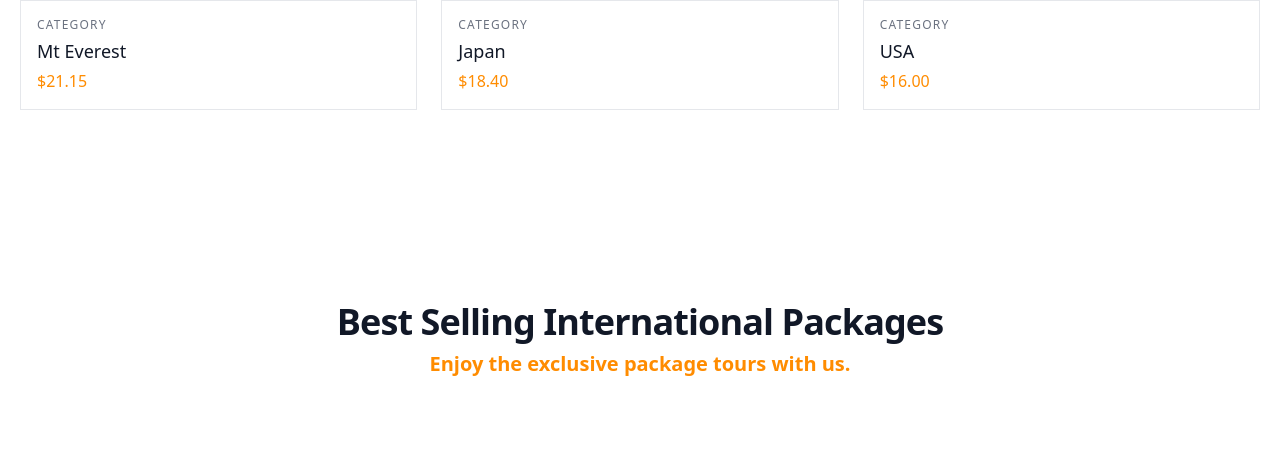
Repository: prabeshsitaula07/greatnepalholidays
Page: / (app in frontend/)
An editor plug-in stored every save of this project. The page is shown before and after the next save, followed by the edit.
The browser window is 1280 px wide. The pictures show the part of the page from y = 1898 to 2372 px (the page is 7409 px tall).
Pictures or frames that could not be fetched are drawn as grey boxes. Some web fonts or font styles are not loaded; a fallback is used. The project was rebuilt for these pictures with package versions that can differ from the ones it lists, and the page was loaded fresh each time. Also part of the build but not shown: frontend/vite.config.ts. Imported but missing from the stored project, and not drawn on this page: frontend/src/assets/bgvideo.mp4.

Above is the page before, as saved 2024-11-23 11:15:37.

### frontend/index.html
<!doctype html>
<html lang="en">
  <head>
    <meta charset="UTF-8" />
    <link rel="icon" type="image/svg+xml" href="/icon.png" />
    <meta name="viewport" content="width=device-width, initial-scale=1.0" />
    <title>Vite + React + TS</title>
  </head>
  <body>
    <div id="root"></div>
    <script type="module" src="/src/main.tsx"></script>
  </body>
</html>

### frontend/src/index.css
@import url('https://fonts.googleapis.com/css2?family=Arima:wght@100..700&family=Parkinsans:wght@300..800&display=swap');

@tailwind base;
@tailwind components;
@tailwind utilities;

### frontend/src/App.tsx
import { BrowserRouter as Router, Routes, Route } from 'react-router-dom';
import Navbar from "./components/Navbar/Navbar";
import Home from "./components/Home/Home";
// import About from "./components/About/About"; // Example of another page
import Footer from "./components/Footer/Footer"; // Assuming you have a Footer component

export default function App() {
  return (
    <Router>
      <Navbar />  {/* Navbar is always visible */}
      <Routes>
        <Route path="/" element={<Home />} />
      </Routes>
      <Footer />
    </Router>
  );
}

### frontend/src/components/Navbar/Navbar.tsx
import { Link } from 'react-router-dom';
import { useState, useEffect } from 'react';
import { FaPhone, FaEnvelope } from 'react-icons/fa';
import logo1 from '../../assets/logo1.png';
import logo2 from '../../assets/logo2.png';

export default function Navbar() {
    const [isScrolled, setIsScrolled] = useState(false);

    // Detect scroll and update navbar background and position
    useEffect(() => {
        const handleScroll = () => {
            if (window.scrollY > 50) {
                setIsScrolled(true);  // Fix the navbar to the top when scrolled past 50px
            } else {
                setIsScrolled(false); // Keep the navbar in normal flow when at the top
            }
        };

        window.addEventListener('scroll', handleScroll);

        // Clean up the event listener on component unmount
        return () => {
            window.removeEventListener('scroll', handleScroll);
        };
    }, []);

    return (
        <>
            <div className='w-full bg-darktheme flex gap-10 px-10 py-2'>
                <span className='text-white flex items-center'>
                    <FaPhone className="mr-2" /> 0988848484
                </span>
                <span className='text-white flex items-center'>
                    <FaEnvelope className="mr-2" /> xyz@gmail.com
                </span>
            </div>

            <header
                className={`text-black body-font w-full z-20 transition-all duration-300 ${isScrolled ? 'fixed top-0 bg-white shadow-md' : 'bg-[#2f3c5ae8] text-white'}`}
            >

                <div className="container mx-auto flex flex-wrap p-5 flex-col md:flex-row items-center">
                    <div className="flex title-font font-medium items-center mb-4 md:mb-0 gap-10">
                        <Link to='/'>
                            <img src={logo1} alt="" className='h-14 w-auto' />
                        </Link>
                        <Link to='/'>
                            <img src={logo2} alt="" className='h-14 w-auto' />
                        </Link>
                    </div>
                    <nav className="md:ml-auto flex flex-wrap items-center justify-center text-lg">
                        <Link to='' className="mr-5 hover:text-orange">Home</Link>
                        <Link to='' className="mr-5 hover:text-orange">About Us</Link>
                        <Link to='' className="mr-5 hover:text-orange">Services</Link>
                        <Link to='' className="mr-5 hover:text-orange">Packages</Link>
                        <Link to='' className="mr-5 hover:text-orange">Activities</Link>
                        <Link to='' className="mr-5 hover:text-orange">Blogs</Link>
                    </nav>
                    <button className="inline-flex items-center text-primary bg-darkorange border border-darkorange py-1 px-3 focus:outline-none hover:bg-primary text-lg hover:text-darkorange rounded mt-4 md:mt-0">
                        Download Visa CheckList
                    </button>
                </div>
            </header>
        </>
    );
}

### frontend/src/components/Home/Home.tsx
import bgvideo from '../../assets/bgvideo.mp4';
import Contact from "../Contact/Contact";
import Gallery from "../AboutUs/Gallery";
import InternationalPackage from "../Package/InternationalPackage";
import NepalPackage from "../Package/NepalPackage";
import TripHandling from '../Services/TripHandling';
import Team from "../Team/Team";
import Testimonial from "../Testimonial/Testimonial";

export default function Home() {
  return (
    <>
      <div className="relative w-full h-screen">
      {/* Video Background */}
      <video
        autoPlay
        loop
        muted
        className="absolute inset-0 w-full h-full object-cover"
      >
        <source
          src={bgvideo}
          type="video/mp4"
        />
        Your browser does not support the video tag.
      </video>

      {/* Dark Overlay */}
      <div
        className="absolute inset-0 bg-black opacity-50"
        style={{ backgroundColor: 'rgba(0, 0, 0, 0.5)' }} // Adjust opacity for darkness
      ></div>

      {/* Content over the video */}
      <div className="relative z-10 flex items-center justify-center w-full h-full">
        <h1 className="text-white text-6xl font-bold">Welcome to My Website</h1>
      </div>
    </div>
      <NepalPackage />
      <InternationalPackage />
      <TripHandling />
      <Testimonial />
      <Contact />
      <Team />
      <Gallery />

    </>
  )
}

### frontend/src/components/Contact/Contact.tsx
export default function Contact() {
    return (
        <>
            <section className="text-gray-600 body-font relative">
            <h2 className="mt-10 text-4xl tracking-tight font-extrabold text-gray-900 dark:text-black text-center">Contact Us</h2>
                <div className="container px-5 py-10 mx-auto flex sm:flex-nowrap flex-wrap">
                    <div className="lg:w-2/3 md:w-1/2 bg-gray-300 rounded-lg overflow-hidden sm:mr-10 p-10 flex items-end justify-start relative">
                        <iframe
                            width="100%"
                            height="100%"
                            className="absolute inset-0"
                            title="map"
                            src="https://www.google.com/maps/embed?pb=!1m18!1m12!1m3!1d3531.628177055184!2d85.32309027492384!3d27.72876432454742!2m3!1f0!2f0!3f0!3m2!1i1024!2i768!4f13.1!3m3!1m2!1s0x39eb193e98fea663%3A0x6a69a4b662ec372!2sGREAT%20NEPAL%20HOLIDAYS%20P.LTD!5e0!3m2!1sen!2snp!4v1732272072112!5m2!1sen!2snp"
                            style={{ filter: 'grayscale(1) contrast(1.2) opacity(0.4)' }}
                        ></iframe>
                        <div className="bg-white relative flex flex-wrap py-6 rounded shadow-md">
                            <div className="lg:w-1/2 px-6">
                                <h2 className="title-font font-semibold text-gray-900 tracking-widest text-xs">ADDRESS</h2>
                                <p className="mt-1">Photo booth tattooed prism, portland taiyaki hoodie neutra typewriter</p>
                            </div>
                            <div className="lg:w-1/2 px-6 mt-4 lg:mt-0">
                                <h2 className="title-font font-semibold text-gray-900 tracking-widest text-xs">EMAIL</h2>
                                <a className="text-indigo-500 leading-relaxed">example@email.com</a>
                                <h2 className="title-font font-semibold text-gray-900 tracking-widest text-xs mt-4">PHONE</h2>
                                <p className="leading-relaxed">123-456-7890</p>
                            </div>
                        </div>
                    </div>
                    <div className="lg:w-1/3 md:w-1/2 bg-white flex flex-col md:ml-auto w-full md:py-8 mt-8 md:mt-0">
                        <h2 className="text-gray-900 text-lg mb-1 font-medium title-font">Feedback</h2>
                        <p className="leading-relaxed mb-5 text-gray-600">Post-ironic portland shabby chic echo park, banjo fashion axe</p>
                        <div className="relative mb-4">
                            <label htmlFor="name" className="leading-7 text-sm text-gray-600">Name</label>
                            <input type="text" id="name" name="name" className="w-full bg-white rounded border border-gray-300 focus:border-darkorange focus:ring-2 focus:ring-darkorange text-base outline-none text-gray-700 py-1 px-3 leading-8 transition-colors duration-200 ease-in-out" />
                        </div>
                        <div className="relative mb-4">
                            <label htmlFor="email" className="leading-7 text-sm text-gray-600">Email</label>
                            <input type="email" id="email" name="email" className="w-full bg-white rounded border border-gray-300 focus:border-darkorange focus:ring-2 focus:ring-darkorange text-base outline-none text-gray-700 py-1 px-3 leading-8 transition-colors duration-200 ease-in-out" />
                        </div>
                        <div className="relative mb-4">
                            <label htmlFor="message" className="leading-7 text-sm text-gray-600">Message</label>
                            <textarea id="message" name="message" className="w-full bg-white rounded border border-gray-300 focus:border-darkorange focus:ring-2 focus:ring-darkorange h-32 text-base outline-none text-gray-700 py-1 px-3 resize-none leading-6 transition-colors duration-200 ease-in-out"></textarea>
                        </div>
                        <button className="bg-darkorange border border-darkorange text-primary py-2 px-6 focus:outline-none hover:text-darkorange hover:bg-primary rounded text-lg">Send</button>
                        <p className="text-xs text-gray-500 mt-3">Chicharrones blog helvetica normcore iceland tousled brook viral artisan.</p>
                    </div>
                </div>
            </section>
        </>
    )
}

### frontend/src/components/AboutUs/Gallery.tsx
export default function Gallery() {
  return (
 <>
 <section className="text-gray-600 body-font">
 <h2 className="mt-10 text-4xl tracking-tight font-extrabold text-gray-900 dark:text-black text-center">Gallery</h2>
  <div className="container px-5 py-24 mx-auto flex flex-wrap">
    <div className="flex w-full mb-20 flex-wrap">
      <h1 className="sm:text-3xl text-2xl font-medium title-font text-gray-900 lg:w-1/3 lg:mb-0 mb-4">Master Cleanse Reliac Heirloom</h1>
      <p className="lg:pl-6 lg:w-2/3 mx-auto leading-relaxed text-base">Whatever cardigan tote bag tumblr hexagon brooklyn asymmetrical gentrify, subway tile poke farm-to-table. Franzen you probably haven't heard of them man bun deep jianbing selfies heirloom.</p>
    </div>
    <div className="flex flex-wrap md:-m-2 -m-1">
      <div className="flex flex-wrap w-1/2">
        <div className="md:p-2 p-1 w-1/2">
          <img alt="gallery" className="w-full object-cover h-full object-center block" src="https://dummyimage.com/500x300" />
        </div>
        <div className="md:p-2 p-1 w-1/2">
          <img alt="gallery" className="w-full object-cover h-full object-center block" src="https://dummyimage.com/501x301" />
        </div>
        <div className="md:p-2 p-1 w-full">
          <img alt="gallery" className="w-full h-full object-cover object-center block" src="https://dummyimage.com/600x360" />
        </div>
      </div>
      <div className="flex flex-wrap w-1/2">
        <div className="md:p-2 p-1 w-full">
          <img alt="gallery" className="w-full h-full object-cover object-center block" src="https://dummyimage.com/601x361" />
        </div>
        <div className="md:p-2 p-1 w-1/2">
          <img alt="gallery" className="w-full object-cover h-full object-center block" src="https://dummyimage.com/502x302" />
        </div>
        <div className="md:p-2 p-1 w-1/2">
          <img alt="gallery" className="w-full object-cover h-full object-center block" src="https://dummyimage.com/503x303" />
        </div>
      </div>
    </div>
  </div>
</section>
 </>
  )
}

### frontend/src/components/Package/InternationalPackage.tsx
export default function InternationalPackage() {
  const packages = [
    { imgSrc: "https://cdn.pixabay.com/photo/2015/10/06/18/26/eiffel-tower-975004_1280.jpg", category: "CATEGORY", title: "Paris", price: "$16.00" },
    { imgSrc: "https://cdn.pixabay.com/photo/2019/04/09/05/36/england-4113666_1280.jpg", category: "CATEGORY", title: "England", price: "$21.15" },
    { imgSrc: "https://cdn.pixabay.com/photo/2023/11/16/05/02/mountains-8391433_640.jpg", category: "CATEGORY", title: "Switzerland", price: "$12.00" },
    { imgSrc: "https://cdn.pixabay.com/photo/2020/06/13/17/58/mount-everest-5295184_640.jpg", category: "CATEGORY", title: "Mt Everest", price: "$21.15" },
    { imgSrc: "https://cdn.pixabay.com/photo/2020/08/10/01/28/castle-5476737_640.jpg", category: "CATEGORY", title: "Japan", price: "$18.40" },
    { imgSrc: "https://cdn.pixabay.com/photo/2023/10/18/00/59/mountain-8322610_640.jpg", category: "CATEGORY", title: "USA", price: "$16.00" },
  ];

  return (
    <section className="text-gray-600 body-font">
      <h2 className="mt-24 text-4xl tracking-tight font-extrabold text-gray-900 dark:text-black text-center">
        Best Selling International Packages
      </h2>
      <h4 className="text-center text-xl text-darkorange font-semibold mt-2">
        Enjoy the exclusive package tours with us.
      </h4>
      <div className="container px-5 py-24 mx-auto">
        <div className="grid gap-6 sm:grid-cols-1 md:grid-cols-2 lg:grid-cols-3">
          {packages.map((pkg, index) => (
            <div
              key={index}
              className="hover:cursor-pointer transform transition duration-300 ease-in-out hover:scale-105 hover:shadow-lg"
            >
              <a className="block relative h-80 overflow-hidden">
                <img
                  alt={pkg.title}
                  className="object-cover object-center w-full h-full block"
                  src={pkg.imgSrc}
                />
              </a>
              <div className="p-4 border">
                <h3 className="text-gray-500 text-xs tracking-widest title-font mb-1">
                  {pkg.category}
                </h3>
                <h2 className="text-gray-900 title-font text-lg font-medium">
                  {pkg.title}
                </h2>
                <p className="mt-1 text-darkorange">{pkg.price}</p>
              </div>
            </div>
          ))}
        </div>
      </div>
    </section>
  );
}

### frontend/src/components/Package/NepalPackage.tsx
export default function NepalPackage() {
  const packages = [
    { imgSrc: "https://cdn.pixabay.com/photo/2015/10/06/18/26/eiffel-tower-975004_1280.jpg", category: "CATEGORY", title: "Paris", price: "$16.00" },
    { imgSrc: "https://cdn.pixabay.com/photo/2019/04/09/05/36/england-4113666_1280.jpg", category: "CATEGORY", title: "England", price: "$21.15" },
    { imgSrc: "https://cdn.pixabay.com/photo/2023/11/16/05/02/mountains-8391433_640.jpg", category: "CATEGORY", title: "Switzerland", price: "$12.00" },
    { imgSrc: "https://cdn.pixabay.com/photo/2020/06/13/17/58/mount-everest-5295184_640.jpg", category: "CATEGORY", title: "Mt Everest", price: "$21.15" },
    { imgSrc: "https://cdn.pixabay.com/photo/2020/08/10/01/28/castle-5476737_640.jpg", category: "CATEGORY", title: "Japan", price: "$18.40" },
    { imgSrc: "https://cdn.pixabay.com/photo/2023/10/18/00/59/mountain-8322610_640.jpg", category: "CATEGORY", title: "USA", price: "$16.00" },
  ];

  return (
    <section className="text-gray-600 body-font">
      <h2 className="mt-24 text-4xl tracking-tight font-extrabold text-gray-900 dark:text-black text-center">
        Best Selling Nepal Packages
      </h2>
      <h4 className="text-center text-xl text-darkorange font-semibold mt-2">
        Enjoy the exclusive package tours with us.
      </h4>
      <div className="container px-5 py-24 mx-auto">
        <div className="grid gap-6 sm:grid-cols-1 md:grid-cols-2 lg:grid-cols-3">
          {packages.map((pkg, index) => (
            <div
              key={index}
              className="hover:cursor-pointer transform transition duration-300 ease-in-out hover:scale-105 hover:shadow-lg"
            >
              <a className="block relative h-80 overflow-hidden">
                <img
                  alt={pkg.title}
                  className="object-cover object-center w-full h-full block"
                  src={pkg.imgSrc}
                />
              </a>
              <div className="p-4 border">
                <h3 className="text-gray-500 text-xs tracking-widest title-font mb-1">
                  {pkg.category}
                </h3>
                <h2 className="text-gray-900 title-font text-lg font-medium">
                  {pkg.title}
                </h2>
                <p className="mt-1 text-darkorange">{pkg.price}</p>
              </div>
            </div>
          ))}
        </div>
      </div>
    </section>
  );
}

### frontend/src/components/Services/TripHandling.tsx
import img2 from '../../assets/2.png';
import img3 from '../../assets/3.png';
import img4 from '../../assets/4.png';

export default function TripHandling() {
    const services = [
      { title: "Flight Booking", imgSrc: img2, description: "Share your service offerings here. Give your prospective clients an overview of why they should use it." },
      { title: "Hotel Booking", imgSrc: img2, description: "Share your service offerings here. Give your prospective clients an overview of why they should use it." },
      { title: "Car Rental", imgSrc: img3, description: "Share your service offerings here. Give your prospective clients an overview of why they should use it." },
      { title: "Tour Packages", imgSrc: img4, description: "Share your service offerings here. Give your prospective clients an overview of why they should use it." },
    ];

    return (
      <div className="bg-navbarbg h-fit flex justify-center flex-col items-center p-10">
          <h2 className="mb-10 text-4xl tracking-tight font-extrabold text-white text-center font-parkinsans">We Will Handle Trip For You</h2>
          <div className="grid grid-cols-2 gap-8">
              {services.map((service, index) => (
                <div key={index} className="flex gap-10 items-center">
                  <img className="h-40 w-40" src={service.imgSrc} alt={service.title} />
                  <div>
                      <h3 className="font-semibold pb-2 text-2xl text-primary">{service.title}</h3>
                      <p className="font-parkinsans text-white">{service.description}</p>
                  </div>
                </div>
              ))}
          </div>
      </div>
    );
  }

### frontend/src/components/Testimonial/Testimonial.tsx
export default function Testimonial() {
    const testimonials = [
      {
        name: "Bonnie Green",
        title: "Developer at Open AI",
        image: "https://flowbite.s3.amazonaws.com/blocks/marketing-ui/avatars/karen-nelson.png",
        quote: `"I recently got my hands on Flowbite Pro, and holy crap, I'm speechless with how easy this was to integrate within my application..."`,
      },
      {
        name: "Roberta Casas",
        title: "Lead designer at Dropbox",
        image: "https://flowbite.s3.amazonaws.com/blocks/marketing-ui/avatars/roberta-casas.png",
        quote: `"FlowBite provides a robust set of design tokens and components based on the popular Tailwind CSS framework..."`,
      },
      {
        name: "Jese Leos",
        title: "Software Engineer at Facebook",
        image: "https://flowbite.s3.amazonaws.com/blocks/marketing-ui/avatars/jese-leos.png",
        quote: `"As someone who mainly designs in the browser, I've been a casual user of Figma, but as soon as I saw and started playing with FlowBite..."`,
      },
      {
        name: "Joseph McFall",
        title: "CTO at Google",
        image: "https://flowbite.s3.amazonaws.com/blocks/marketing-ui/avatars/joseph-mcfall.png",
        quote: `"This is a very complex and beautiful set of elements. Under the hood it comes with the best things from 2 different worlds: Figma and Tailwind..."`,
      },
    ];

    return (
      <section className="bg-white py-8 px-4 m-auto max-w-screen-xl text-center">
        <h2 className="mb-4 text-4xl font-extrabold text-primary dark:text-black">Testimonials</h2>
        <p className="mb-8 text-gray-500 dark:text-gray-400">Explore the whole collection of open-source web components...</p>
        <div className="grid gap-8 lg:grid-cols-2">
          {testimonials.map(({ name, title, image, quote }, index) => (
            <div
              key={index}
              className="flex flex-col justify-between items-center p-6 border rounded-lg bg-gray-50 shadow-md dark:bg-navbarbg dark:border-gray-700 dark:shadow-lg"
            >
              <blockquote className="mb-4 text-gray-500 dark:text-gray-400">
                <h3 className="text-lg font-semibold dark:text-primary">{quote.split(" ")[0]}</h3>
                <p className="my-4 text-justify leading-relaxed text-white">{quote}</p>
              </blockquote>
              <figcaption className="flex justify-center items-center space-x-3">
                <img className="w-9 h-9 rounded-full" src={image} alt={`${name} profile`} />
                <div className="text-left text-sm font-light dark:text-white">
                  <div>{name}</div>
                  <div className="text-sm text-gray-500 dark:text-gray-400">{title}</div>
                </div>
              </figcaption>
            </div>
          ))}
        </div>
      </section>
    );
  }

Loaded but not shown: frontend/src/main.tsx (common file); frontend/tailwind.config.js (21 lines, source omitted); frontend/src/components/Footer/Footer.tsx (125 lines, source omitted); frontend/src/components/Team/Team.tsx (102 lines, source omitted)

After the next save:
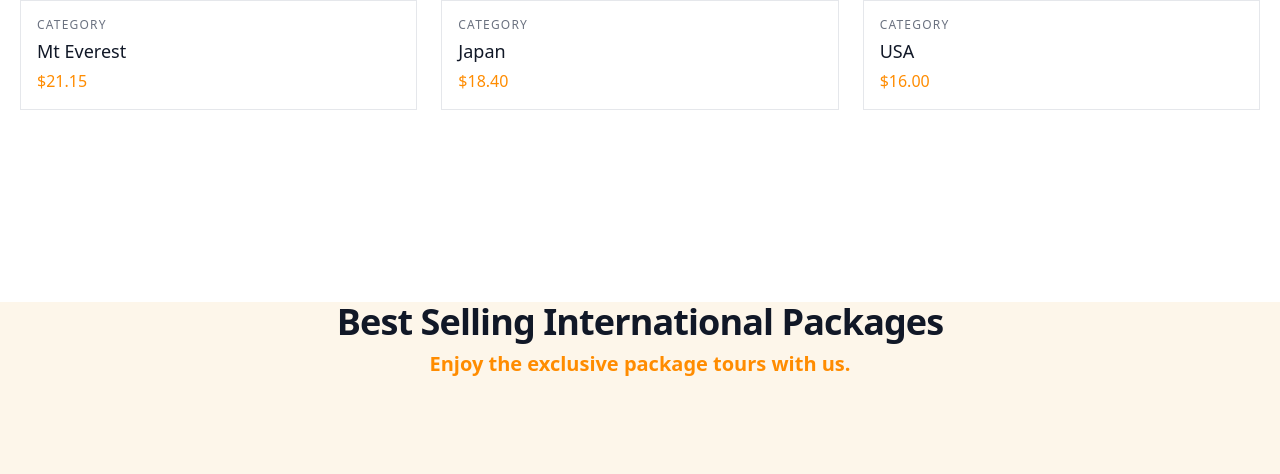
Saved 4 s later.
--- a/frontend/src/components/Package/InternationalPackage.tsx
+++ b/frontend/src/components/Package/InternationalPackage.tsx
@@ -9,7 +9,7 @@ export default function InternationalPackage() {
   ];
 
   return (
-    <section className="text-gray-600 body-font">
+    <section className="text-gray-600 body-font bg-primary">
       <h2 className="mt-24 text-4xl tracking-tight font-extrabold text-gray-900 dark:text-black text-center">
         Best Selling International Packages
       </h2>
